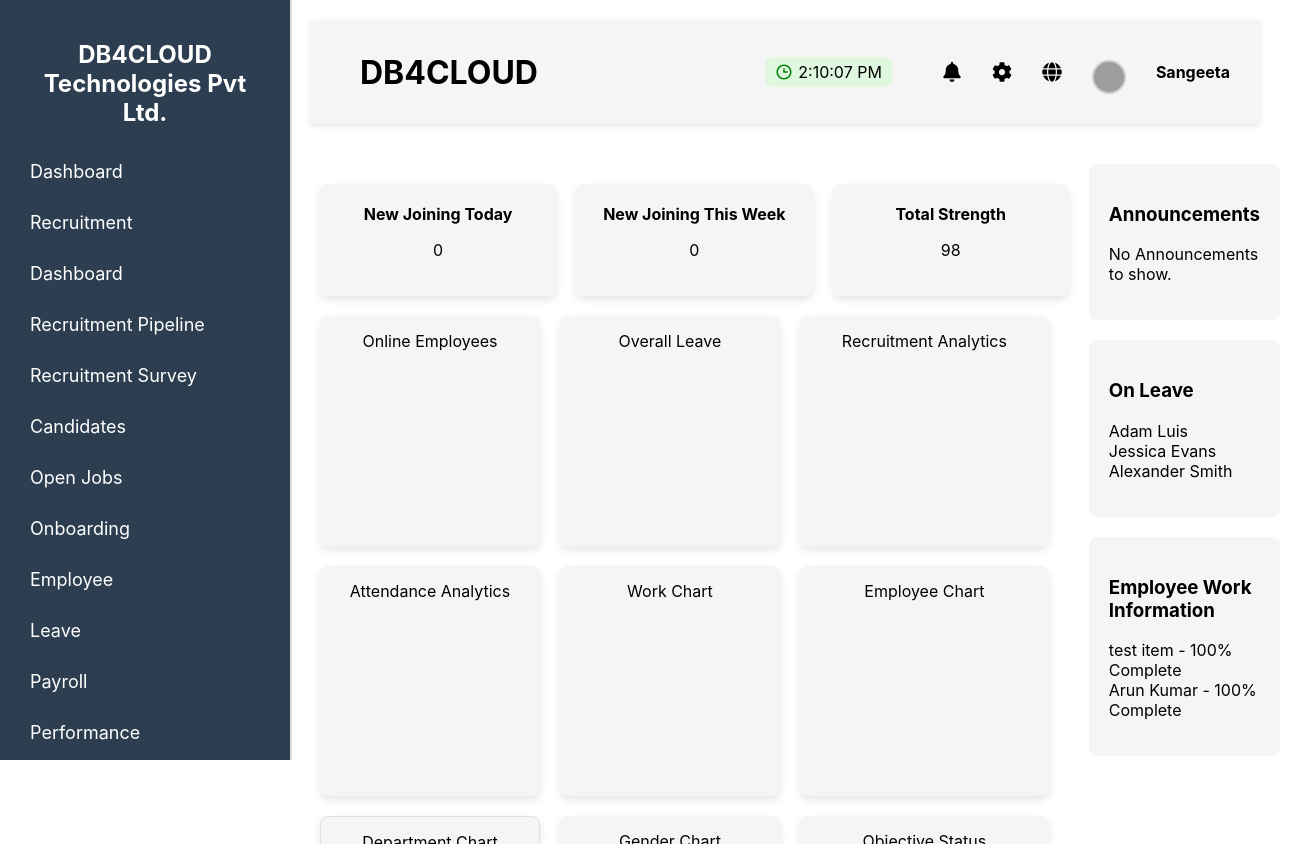
Repository: tinu-ns/Dev-code
Page: / (app in HRMS-DEMO-Sang/hrms/)
An editor plug-in stored every save of this project. The page is shown before and after the next save, followed by the edit.
The browser window is 1280 px wide. The page is 1300 px wide, then 1294 px, so the pictures cover 1300 px, including what lies to the right of the window. The pictures show the whole page.
Pictures or frames that could not be fetched are drawn as grey boxes. An inner scrolling area shows only its first screen. The project was rebuilt for these pictures with package versions that can differ from the ones it lists, and the page was loaded fresh each time. Also part of the build but not shown: HRMS-DEMO-Sang/hrms/src/components/Dashboard.js, HRMS-DEMO-Sang/hrms/src/components/Recruitment/RecruitmentDashboard.js, HRMS-DEMO-Sang/hrms/src/components/Recruitment/RecruitmentPipeline.js, HRMS-DEMO-Sang/hrms/src/components/Payroll/Allowances.css, HRMS-DEMO-Sang/hrms/src/components/Payroll/Allowances.js, HRMS-DEMO-Sang/hrms/src/components/Payroll/Contract.js, HRMS-DEMO-Sang/hrms/src/components/Payroll/Deductions.css, HRMS-DEMO-Sang/hrms/src/components/Payroll/Deductions.js and 16 more.

Above is the page before, as saved 2024-11-14 18:21:16.

### HRMS-DEMO-Sang/hrms/src/App.css
.app{
  display: flex;
  height: 100vh;
  background-color: #f4f4f4;
  width: 100%%;
  padding-left: 250px;
}

.content-container{
  flex-grow: 1;
  padding: 20px;
  background-color: #fff;        /**/
  display: flex;
  flex-direction: column;
  width: calc(100% - 250px); /* Adjust width to account for sidebar */
}

.main-section{
  display: flex;
  justify-content: space-between;
  padding: 20px;
  width: 100%;
  height: 100%;
  flex-grow: 1;

}


.sidebar {
  width: 250px;
  background-color: #2c3e50;
  position: fixed;
  height: 100vh;
  flex-shrink: 0;
  position: fixed;
  left: 0;
  top: 0;
}

### HRMS-DEMO-Sang/hrms/src/components/Sidebar.css
 .container{
    display: flex;
    height: 100vh;
    margin-right: 10px;
}

/*
.content{
    flex-grow: 1;
    padding: 20px;
    padding-left: 50px;

}  */

.sidebar {
    width: 200px;
    height: 100vh;
    background-color: #503f2c;
    padding: 20px;
    color: white;
    height: 100vh;
    position: fixed;
    top: 0;
    left: 0;
    border-right: 2px solid #ddd;
    overflow-y: auto;        /* Allows vertical scrolling */
    margin-right: 200px;
    z-index: 1000;

  }



  .sidebar h2{
    text-align: center;
    margin-bottom: 30px;
    font-size: 24px;
  }

  .sidebar-list{
    list-style-type: none;
    padding: 0;
  }


  .sidebar-list li{
    margin-bottom: 15px;
  }

  .sidebar-list li a {
    color: white;
    text-decoration: none;
    font-size: 18px;
    padding: 10px;
    border-radius: 4px;
    display: block;
  }

  .sidebar-list li a:hover{
    color: #1abc9c;
  }

  .sidebar-list li a.active{
    background-color: #1abc9c;
    color: white;
  }

  .sidebar {
    width: 250px;
    background-color: #2E3A46;
    color: #FFF;
    padding: 20px;
    height: 100vh;
  }

  .sidebar h2 {
    font-size: 1.5em;
    margin-bottom: 1em;
  }

  .sidebar ul {
    list-style: none;
    padding: 0;
  }

  .sidebar li {
    margin: 10px 0;
  }

  .sidebar li ul {
    margin-top: 5px;
  }

  .sidebar a {
    color: #FFF;
    text-decoration: none;
  }

  .sidebar a:hover {
    text-decoration: underline;
  }

  .sidebar a.active {
    color: #20c997;
  }

  .sidebar ul li a:hover, .menu-toggle:hover {
    background-color: #34495e;
  }

  .menu-toggle {
    background: none;
    border: none;
    color: #ecf0f1;
    font-size: 1rem;
    text-align: left;
    cursor: pointer;
    width: 100%;
    padding: 10px;
  }

  .submenu {
    list-style-type: none;
    padding-left: 20px;
  }

  .submenu li a {
    padding-left: 20px;
    font-size: 0.9rem;
  }

### HRMS-DEMO-Sang/hrms/src/components/Recruitment/RecruitmentPipeline.css
.pipeline-container {
    padding: 20px;
    background-color: #f5f5f5;
    border-radius: 8px;
  }

  .pipeline-section {
    margin-top: 20px;
  }

  .pipeline-section h3 {
    background-color: #f8f9fa;
    padding: 10px;
    border-left: 5px solid #ffa500;
  }

  .recruitment-table {
    width: 100%;
    border-collapse: collapse;
  }

  .recruitment-table th,
  .recruitment-table td {
    padding: 10px;
    border-bottom: 1px solid #ddd;
    text-align: left;
  }

  .recruitment-table th {
    background-color: #f1f1f1;
  }

  button {
    padding: 5px 10px;
    margin: 0 5px;
    border: none;
    border-radius: 4px;
    cursor: pointer;
  }

  button:hover {
    background-color: #ddd;
  }

### HRMS-DEMO-Sang/hrms/src/components/Payroll/Payslips.css
.payslip-dashboard {
    padding: 20px;
}

.header {
    display: flex;
    justify-content: space-between;
    align-items: center;
    margin-bottom: 10px;
}

.actions {
    display: flex;
    gap: 10px;
}

.search-bar {
    padding: 5px 10px;
    border: 1px solid #ccc;
    border-radius: 5px;
}

.filter-btn, .group-by-btn, .actions-btn, .create-btn {
    padding: 5px 10px;
    border: none;
    border-radius: 5px;
    background-color: #f5f5f5;
    cursor: pointer;
}

.create-btn {
    background-color: #f44336;
    color: white;
    display: flex;
    align-items: center;
    gap: 5px;
}

.payslip-table {
    width: 100%;
    border-collapse: collapse;
    margin-top: 10px;
}

.payslip-table th, .payslip-table td {
    padding: 10px;
    border: 1px solid #ddd;
    text-align: left;
}

.payslip-table th {
    background-color: #f5f5f5;
}

.payslip-table td {
    background-color: #fff;
}

.action-btn {
    background: none;
    border: none;
    cursor: pointer;
    color: #555;
}

.pagination {
    margin-top: 10px;
    text-align: center;
}


.filter-modal {
    position: fixed;
    top: 10%;
    right: 10%;
    width: 40%;
    max-width: 700px;
    height: 100%;
    max-height: 80vh;
    background-color: #fff;
    box-shadow: -2px 0 5px rgba(0, 0, 0, 0.2);
    z-index: 1000;
    padding: 20px;
    overflow-y: auto;
}

.filter-modal-content {
    display: flex;
    flex-direction: column;
    gap: 10px;
}

.filter-section, .filter-section-advanced {
    margin-bottom: 20px;
}

.filter-section h3, .filter-section-advanced h4 {
    margin-top: 0;
    margin-bottom: 10px;
}

label {
    display: block;
    font-size: 0.9em;
    margin-bottom: 5px;
    font-weight: 600;
}

input[type="text"], input[type="number"], select, .react-datepicker-wrapper {
    width: 100%;
    padding: 5px;
    margin-bottom: 10px;
    border: 1px solid #ccc;
    border-radius: 5px;
}

.apply-btn {
    background-color: #f44336;
    color: #fff;
    border: none;
    padding: 10px;
    text-align: center;
    cursor: pointer;
    border-radius: 5px;
    margin-top: 10px;
}


.selected-actions-row {
    display: flex;
    gap: 10px;
    padding: 10px;
    background-color: #f9f9f9;
    border: 1px solid #ddd;
    margin-bottom: 10px;
    align-items: center;
}

.unselect-all,
.export-btn,
.delete-btn {
    display: inline-flex;
    align-items: center;
    gap: 5px;
    padding: 5px 10px;
    background-color: #007bff;
    color: white;
    border: none;
    border-radius: 3px;
    font-size: 0.9em;
    cursor: pointer;
}

.unselect-all { background-color: #6c757d; } /* Gray */
.export-btn { background-color: #28a745; } /* Green */
.delete-btn { background-color: #dc3545; } /* Red */

.unselect-all:hover,
.export-btn:hover,
.delete-btn:hover {
    opacity: 0.8;
}


.create-popup {
    position: fixed;
    top: 50%;
    left: 50%;
    transform: translate(-50%, -50%);
    background-color: #fff;
    padding: 20px;
    box-shadow: 0 4px 8px rgba(0, 0, 0, 0.2);
    z-index: 1000;
    width: 300px;
}

.create-popup-content h3 {
    margin-bottom: 15px;
    margin-top: 10px;

}

.create-popup .form-row {
    margin-bottom: 10px;
}

.create-popup .form-row label {
    display: block;
    font-weight: bold;
    margin-bottom: 5px;
    margin-top: 10px;
}

.create-popup .form-row input,
.create-popup .form-row .react-datepicker-wrapper {
    width: 100%;
}

.create-popup .save-btn,
.create-popup .cancel-btn {
    margin-top: 15px;
    padding: 8px 12px;
    cursor: pointer;
    width: 100%;
}

### HRMS-DEMO-Sang/hrms/src/components/Header.css
.bg-container{
  padding-left: 30px;

}

.header {
    background-color: #f5f5f5;
    padding: 10px 20px;
    display: flex;
    justify-content: space-between;
    align-items: center;
    box-shadow: 0px 2px 5px rgba(0, 0, 0, 0.1);
  }

  .header-left {
    display: flex;
    align-items: center;
  }

  .menu-button {
    font-size: 24px;
    background: none;
    border: none;
    cursor: pointer;
  }

  .h1{
    margin-left: 15px;
    font-size: 24px;
    color: red! important ;
  }

  .header-right{
    display: flex;
    align-items: center;
  }

  .icon{
    margin-left: 20px;
    font-size: 20px;
    cursor: pointer;
  }

  .time-box {
    display: flex;
    align-items: center;
    background-color: #e0f7e0;
    padding: 5px 10px;
    border-radius: 8px;
    margin-right: 20px;
  }

  .time-icon {
    margin-right: 5px;
    font-size: 18px;
    color: green;
  }

  .user-profile{
    display: flex;
    align-items: center;
    cursor: pointer;
    position: relative;
  }

  .user-avatar{
    padding: 20px;
  }

  .avatar{
    width: 40px;
    height: 40px;
    background-color: #d4d4d4;
    border-radius: 50%;
    display: flex;
    justify-content: center;
    align-items: center;
    font-size: 18px;
    color: white;
    margin-right: 10px;

  }

  .user-name{
    font-weight: bold;
  }

  .dropdown{
    position: absolute;
    top: 50px;
    right: 0;
    background-color: #fff;
    box-shadow: 0px 2px 8px rgba(0, 0, 0, 0.1);
    border-radius: 5px;
    z-index: 100;
  }

  .dropdown ul {
    list-style-type: none;
    padding: 10px;
    margin: 0;
  }

  .dropdown ul li {
    padding: 10px 15px;
    cursor: pointer;
  }

  .dropdown ul li:hover {
    background-color: #f5f5f5;
  }

  .user-info {
    display: flex;
    align-items: center;
  }

  .user-name {
    margin-right: 10px;
  }

### HRMS-DEMO-Sang/hrms/src/components/MainContent.css
.main-contents {
    flex-grow: 1;
    padding: 20px;
    overflow-y: auto; /* Allows content scroll within main-contents only */
    max-height: 100%; /* Ensures it does not exceed its parent container */
    max-width: 100%;


  }

  .stats {
    display: flex;
    justify-content: space-around;
    gap: 20px;
  }

  .stat-item {
    background-color: #f5f5f5;
    padding: 20px;
    width: 200px;
    text-align: center;
    border-radius: 8px;
    margin-bottom: 20px;
    box-shadow: 0px 4px 8px rgba(0, 0, 0, 0.1);
  }

  .stat-item h3 {
    margin: 0;
    font-size: 16px;
  }

  /* Main content area */
.main-content {
  display: flex;
}

/* Charts section */
.charts {
  display: grid;
  grid-template-columns: repeat(3, 1fr);
  gap: 20px;
  flex: 3;
  padding-right: 20px;
}

.chart {
  background-color: #f5f5f5;
  padding: 15px;
  border-radius: 8px;
  min-height: 200px;
  text-align: center;
  box-shadow: 0px 4px 8px rgba(0, 0, 0, 0.1);
}

/* Approval cards in a row */
.approvals {
  display: grid;
  grid-template-columns: repeat(3, 1fr);
  gap: 20px;
}

### HRMS-DEMO-Sang/hrms/src/components/RightSidebar.css
.right-sidebar {
    width: 250px;
  }

  .announcements,
  .on-leave,
  .employee-info {
    background-color: #f5f5f5;
    padding: 20px;
    margin-bottom: 20px;
    border-radius: 8px;
  }

  .on-leave ul,
  .employee-info ul {
    list-style: none;
    padding: 0;
  }

### HRMS-DEMO-Sang/hrms/src/components/Payroll/CreateDeduction.css

.main-container{
    border: 1.5px solid rgb(246, 235, 235);
    padding: 20px;
    max-width: 700px;
    margin: 40px auto;
    background-color: #ffffff;
    box-shadow: 0 4px 10px rgba(0, 0, 0, 0.1);
    border-radius: 8px;
    height: 130vh;
  }

.create-allowance-container {
    padding: 30px;
    max-width: 700px;
    margin: 40px auto;
    background-color: #ffffff;
    border-radius: 8px;
    border: 1.5px solid rgb(216, 212, 212);

  }


  .create-allowance-container h2 {
    text-align: start;
    color: #333;
    font-size: 1.8rem;
    margin-bottom: 20px;

  }

  .create-allowance-container hr{
    margin-bottom: 30px;
  }

  .form-row {
    display: flex;
    justify-content: space-between;
    gap: 20px;
    margin-bottom: 20px;
  }

  .form-group {
    flex: 1;
  }

  .form-group.half-width {
    flex: 0.5;
  }

  .form-group label {
    display: flex;
    align-items: center;
    font-weight: 600;
    color: black;
    margin-bottom: 5px;
    font-size: 15px;
  }

  .form-group label span {
    color: #ff4d4d;
    margin-left: 4px;
  }

  .info-icon {
    margin-left: 5px;
    color: #888;
    cursor: help;
    font-size: 0.85rem;
  }

  input[type="text"],
  input[type="date"],
  input[type="number"],
  select {
    width: 100%;
    padding: 8px;
    border: 1px solid #ddd;
    border-radius: 4px;
    font-size: 1rem;
    font-size: 14px;
    color: rgb(199, 108, 137);

  }

  .filter-btn {
    background-color: #f0f0f0;
    color: #555;
    padding: 6px 12px;
    border: 1px solid #ddd;
    border-radius: 4px;
    font-size: 0.9rem;
    cursor: pointer;
    margin-top: 8px;
  }

  .filter-icons {
    display: flex;
    gap: 5px;
    margin-top: 8px;
    justify-content: end;
    padding: 6px;
  }

  .small-filter-icon {
    font-size: 1.2rem;
    color: orangered;
    text-align: end;
  }

  .filter-span{
    color: orangered;
  }

  /* Toggle Switch */
  .toggle-switch {
    position: relative;
    display: inline-block;
    width: 40px;
    height: 20px;
    margin-top: 8px;
  }

  .toggle-switch input {
    opacity: 0;
    width: 0;
    height: 0;
  }

  .slider {
    position: absolute;
    cursor: pointer;
    top: 0;
    left: 0;
    right: 0;
    bottom: 0;
    background-color: rgb(219, 198, 198);
    transition: 0.4s;
    border-radius: 20px;
  }

  .slider:before {
    position: absolute;
    content: "";
    height: 16px;
    width: 16px;
    left: 2px;
    bottom: 2px;
    background-color: white;
    transition: 0.4s;
    border-radius: 50%;
  }

  input:checked + .slider {
    background-color: orangered;
  }

  input:checked + .slider:before {
    transform: translateX(15px);
  }

  .condition-options{
    font-size: 12px;
    color: rgb(151, 146, 146);
  }

  /* Multi-select box and tag styles */
.multi-select-box {
    display: flex;
    flex-wrap: wrap;
    align-items: center;
    gap: 5px;
    border: 1px solid #ddd;
    padding: 5px;
    border-radius: 4px;
    background-color: #f9f9f9;
  }

  .tag {
    display: flex;
    align-items: center;
    background-color: #a8b4c0;
    color: #ffffff;
    border-radius: 12px;
    padding: 5px 10px;
    font-size: 0.9rem;
    margin: 3px;
  }

  .remove-tag {
    margin-left: 8px;
    cursor: pointer;
    font-weight: bold;
    font-size: 1.1rem;
  }

  /* Avatar styling for selected employee */
.avatar-container{
    display: flex;
  }
.avatar {
    margin-top: 10px;
    display: flex;
    justify-content: center;
    align-items: center;
    width: 30px;
    height: 30px;
    background-color: #b5b0b0;
    border-radius: 50%;
    font-size: 13px;
    font-weight: bold;
    color: #ffffff;
    text-transform: uppercase;
    border: 2px solid #ccc;
  }

  .avatar-text {
    text-align: center;
    line-height: 40px; /* Centers text vertically */
  }

  /* Modal Styling */
.modal {
    position: fixed;
    top: 0;
    left: 0;
    right: 0;
    bottom: 0;
    background: rgba(0, 0, 0, 0.5);
    display: flex;
    align-items: center;
    justify-content: center;
    z-index: 1000;
  }

  .modal-content {
    background: white;
    width: 500px;
    padding: 20px;
    border-radius: 8px;
    position: relative;
  }

  .close-modal {
    position: absolute;
    top: 10px;
    right: 10px;
    background: transparent;
    border: none;
    font-size: 1.5em;
    cursor: pointer;
  }

  .search-bar {
    width: 100%;
    padding: 10px;
    margin-bottom: 15px;
    border: 1px solid #ddd;
    border-radius: 5px;
  }

  .employee-list {
    max-height: 200px;
    overflow-y: auto;
    padding: 5px;
  }

  .employee-item {
    display: flex;
    align-items: center;
    justify-content: space-between;
    padding: 8px;
    border-bottom: 1px solid #eee;
  }

  .employee-item .avatar {
    width: 30px;
    height: 30px;
    background-color: #007bff;
    color: white;
    display: flex;
    align-items: center;
    justify-content: center;
    border-radius: 50%;
    margin-right: 10px;
  }

  .add-employee {
    background-color: #28a745;
    color: white;
    border: none;
    padding: 5px 10px;
    border-radius: 5px;
    cursor: pointer;
  }

  .add-employee:hover {
    background-color: #218838;
  }

  .save-btn-container {
    display: flex;
    justify-content: flex-end;
    align-items: center;
    flex: 0.5;
  }

  .save-btn {
    padding: 12px 20px;
    background-color: #1bc429;
    color: #ffffff;
    border: none;
    border-radius: 4px;
    font-size: 1.2rem;
    font-weight: 500;
    cursor: pointer;
    transition: background-color 0.3s;
  }

  .save-btn:hover {
    background-color: #59da61;
  }

  @media (max-width: 600px) {
    .form-row {
      flex-direction: column;
    }
  }

### HRMS-DEMO-Sang/hrms/src/components/Payroll/FederalTax.css
.filing-status {
    padding: 20px;
    background-color: #f9f9f9;
    width: 70vw;
    position: relative;  /**/
}

.header {
    display: flex;
    align-items: center;
    justify-content: space-between;
}

.header h2 {
    font-size: 1.5em;
    color: #333;
}

.actions {
    display: flex;
    align-items: center;
    gap: 10px;
}

.search-input {
    padding: 8px;
    border: 1px solid #ccc;
    border-radius: 4px;
}

.create-button {
    display: flex;
    align-items: center;
    padding: 8px 12px;
    color: #fff;
    background-color: #ff5722;
    border: none;
    border-radius: 4px;
    cursor: pointer;
    font-size: 14px;
}

.create-button svg {
    margin-right: 5px;
}

.toggle-button {
    background: none;
    border: none;
    cursor: pointer;
    font-size: 18px;
    text-align: center;
}

.filing-table {
    width: 100%;
    border-collapse: collapse;
    margin-top: 20px;
}

.filing-table th,
.filing-table td {
    padding: 12px;
    text-align: left;
    border-bottom: 1px solid #ddd;
}

.action-buttons {
    display: flex;
    gap: 10px;
}

.edit-button,
.delete-button {
    background: none;
    border: none;
    cursor: pointer;
    font-size: 16px;
    color: #333;
}

.edit-button:hover {
    color: #4caf50;
}

.delete-button:hover {
    color: #f44336;
}

@media (max-width: 768px) {
    .header {
        flex-direction: column;
        align-items: flex-start;
        gap: 10px;
    }

    .search-input,
    .create-button {
        width: 100%;
    }
}

.modal-overlay {
    position: fixed;
    top: 0;
    left: 0;
    width: 100%;
    height: 100%;
    background: rgba(0, 0, 0, 0.5);
    display: flex;
    justify-content: center;
    align-items: center;
    z-index: 1000; /* Ensures modal is above other elements */

}

.modal-content {
    background-color: #fff;
    padding: 20px;
    width: 400px;
    max-width: 90%; /* Responsive */
    border-radius: 8px;
    box-shadow: 0 4px 8px rgba(0, 0, 0, 0.1);
    z-index: 1001; /* Higher than overlay to ensure content visibility */
    position: relative;
}

.modal-content h3 {
    margin-bottom: 15px;
}

.modal-content label {
    display: block;
    margin-bottom: 10px;
}

.modal-content input[type="text"] {
    width: 100%;
    padding: 8px;
    margin-top: 5px;
    border: 1px solid #ccc;
    border-radius: 4px;
}

.save-button {
    background-color: #388a06;
    color: white;
    padding: 8px 16px;
    border: none;
    border-radius: 4px;
    cursor: pointer;
    margin-top: 10px;
}

.close-button {
    background-color: #918b8b;
    color: white;
    padding: 8px 16px;
    border: none;
    border-radius: 4px;
    cursor: pointer;
    margin-top: 10px;
    margin-left: 10px;
}

### HRMS-DEMO-Sang/hrms/src/components/Offboarding/ResignationPage.css
.resignation-letters {
  padding: 20px;
  background-color: #f9f9f9;
  width: 100%;
  height: 100vh;

}

/* Header Styling */
.header {
  display: flex;
  justify-content: space-between;
  align-items: center;
  margin-bottom: 20px;
}

.left-icons, .right-icons {
  display: flex;
}

.right-icons .time {
  font-size: 14px;
  color: #333;
  margin-right: 10px;
}

.filter-btn, .create-btn {
  padding: 8px 16px;
  font-size: 14px;
  border: none;
  border-radius: 4px;
  cursor: pointer;
}

.filter-btn {
  background-color: #007bff;
    color: white;
    padding: 8px 12px;
    border: none;
    border-radius: 4px;
    cursor: pointer;
    display: flex;
    align-items: center;
    gap: 5px;
}

.create-btn {
  display: flex;
  align-items: center;
  padding: 8px 12px;
  background-color: #ff5722;
  color: white;
  border-radius: 4px;
  cursor: pointer;;
}

.create-btn:hover, .filter-btn:hover {
  opacity: 0.9;
}

/* Controls */
.controls {
  display: flex;
  align-items: center;
  gap: 10px;

}

.search-input {
  padding: 8px 12px;
  font-size: 16px;
  border: 1px solid #ccc;
  border-radius: 4px;
}

/* Card Grid & List */
.card-grid {
  display: grid;
  grid-template-columns: repeat(auto-fill, minmax(200px, 1fr));
  gap: 15px;
}

.card-list {
  display: flex;
  flex-direction: column;
  gap: 15px;
}

.resignation-card {
  background-color: #fff;
  border: 1px solid #ddd;
  border-radius: 8px;
  padding: 15px;
  box-shadow: 0px 4px 8px rgba(0, 0, 0, 0.1);
}

.card-header {
  display: flex;
  justify-content: space-between;
  align-items: center;
}

.status {
  background-color: #28a745;
  color: #fff;
  padding: 4px 8px;
  border-radius: 4px;
  font-size: 12px;
}

.card-icons button {
  background: none;
  border: none;
  cursor: pointer;
  color: #888;
  font-size: 14px;
}

.card-icons button:hover {
  color: #000;
}

.card-content {
  margin-top: 10px;
}

.card-content h2 {
  font-size: 18px;
  color: #333;
  margin-bottom: 5px;
}

.card-content p {
  color: #666;
  font-size: 14px;
  margin: 2px 0;
}

.card-footer {
  display: flex;
  justify-content: space-between;
  margin-top: 10px;
}

.approve-btn {
  background-color: #28a745;
  color: #fff;
  border: none;
  padding: 6px 12px;
  border-radius: 4px;
  cursor: pointer;
}

.reject-btn {
  background-color: #dc3545;
  color: #fff;
  border: none;
  padding: 6px 12px;
  border-radius: 4px;
  cursor: pointer;
}


/* Fore Create popup style*/
.resignation-cards {
  display: flex;
  gap: 1rem;
  flex-wrap: wrap;
}

.card {
  background-color: #fff;
  border: 1px solid #e0e0e0;
  padding: 1rem;
  border-radius: 5px;
  width: 200px;
}

.status {
  font-weight: bold;
}

.status.approved {
  color: green;
}

.status.requested {
  color: orange;
}

.status.rejected {
  color: red;
}

.popup {
  position: fixed;
  top: 0;
  left: 0;
  right: 0;
  bottom: 0;
  background-color: rgba(0, 0, 0, 0.5);
  display: flex;
  align-items: center;
  justify-content: center;
}

.popup-content {
  background-color: #fff;
  padding: 2rem;
  border-radius: 5px;
  width: 300px;
}

.popup-content input,
.popup-content select {
  display: block;
  width: 100%;
  margin-bottom: 1rem;
  padding: 0.5rem;
  border: 1px solid #ddd;
  border-radius: 5px;
}

.popup-content button {
  background-color: #ff5722;
  color: white;
  border: none;
  padding: 0.5rem 1rem;
  cursor: pointer;
  margin-right: 0.5rem;
}

Loaded but not shown: HRMS-DEMO-Sang/hrms/public/index.html (common file); HRMS-DEMO-Sang/hrms/src/index.js (common file); HRMS-DEMO-Sang/hrms/src/index.css (common file); HRMS-DEMO-Sang/hrms/src/reportWebVitals.js (common file); HRMS-DEMO-Sang/hrms/src/App.js (120 lines, source omitted); HRMS-DEMO-Sang/hrms/src/components/Sidebar.js (129 lines, source omitted); HRMS-DEMO-Sang/hrms/src/components/Header.js (91 lines, source omitted); HRMS-DEMO-Sang/hrms/src/components/MainContent.js (60 lines, source omitted); HRMS-DEMO-Sang/hrms/src/components/RightSidebar.js (31 lines, source omitted); HRMS-DEMO-Sang/hrms/src/components/Payroll/PayrollDashboard.css (369 lines, source omitted); HRMS-DEMO-Sang/hrms/src/components/Payroll/Contract.css (340 lines, source omitted); HRMS-DEMO-Sang/hrms/src/components/Payroll/CreateAllowance.css (329 lines, source omitted)

After the next save:
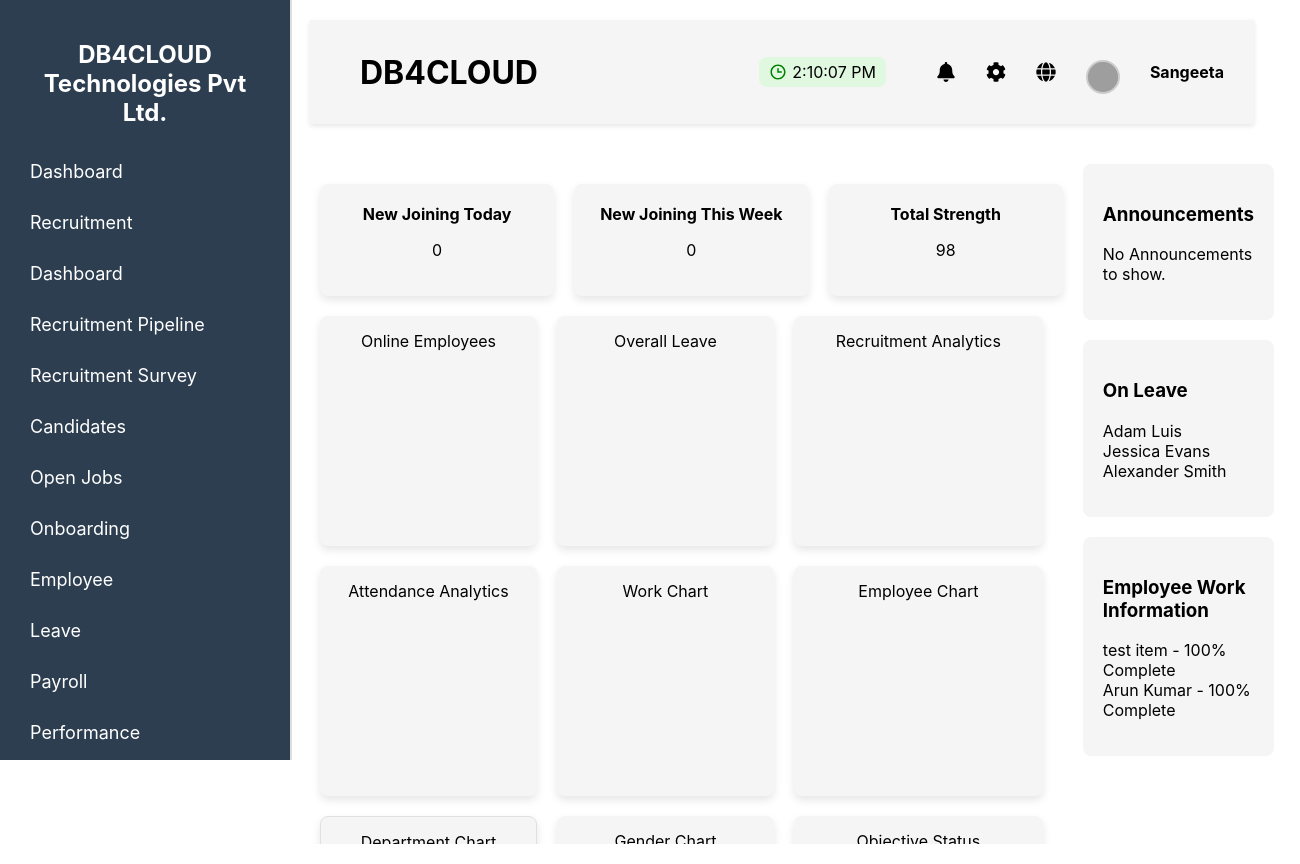
Saved 11 s later.
--- a/HRMS-DEMO-Sang/hrms/src/App.css
+++ b/HRMS-DEMO-Sang/hrms/src/App.css
@@ -2,7 +2,7 @@
   display: flex;
   height: 100vh;
   background-color: #f4f4f4;
-  width: 100%%;
+  width: 80%;
   padding-left: 250px;
 }
 
